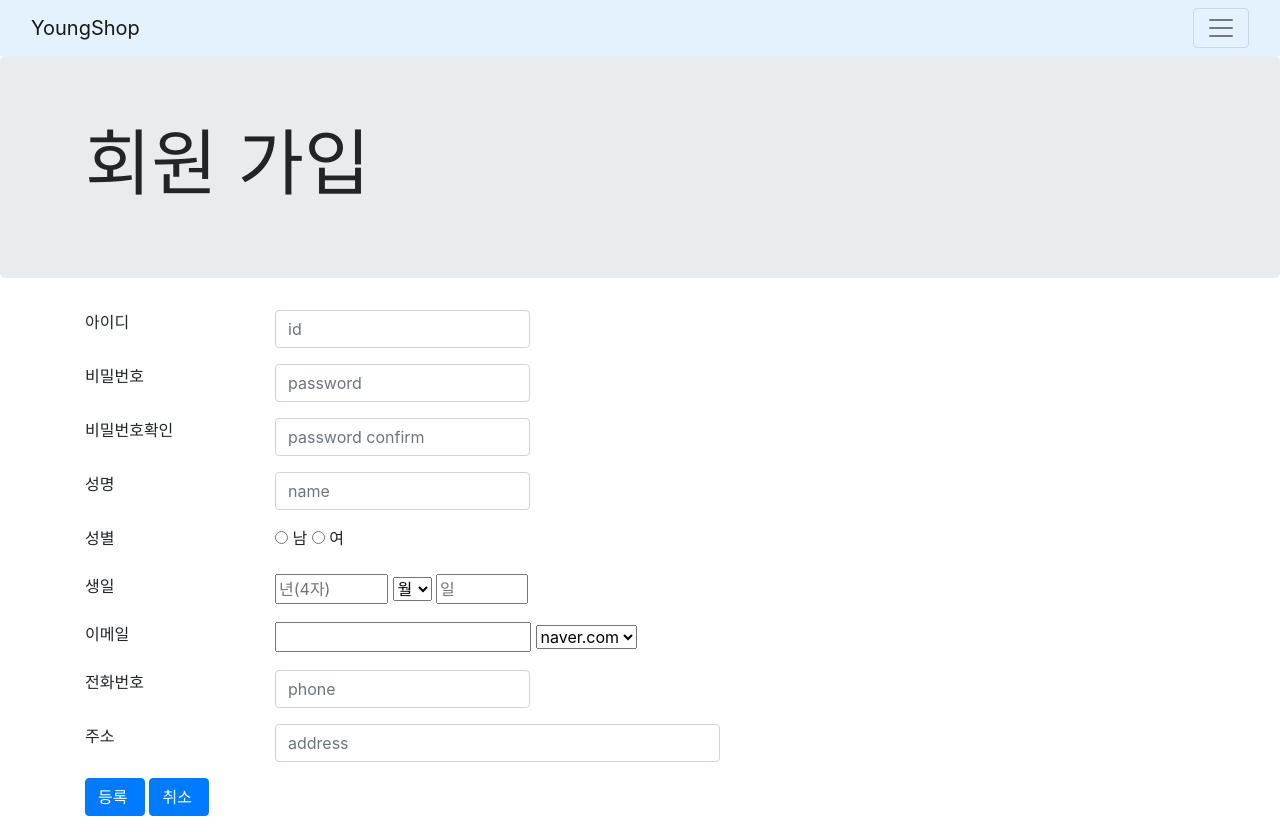
Repository: khss4008/JSP_project
Page: http://localhost/Webshop2/member/joinMember.jsp
An editor plug-in stored every save of this project. The page is shown before and after the next save, followed by the edit.
The browser window is 1280 px wide. The pictures show the whole page.
The page is served by Tomcat 9. Other server files are loaded and not shown.

Above is the page before, as saved 2021-11-04 04:10:11.
Console error: TypeError: Cannot read properties of undefined (reading 'fn')

### Webshop2/WebContent/member/joinMember.jsp
<%@ page contentType="text/html; charset=utf-8"%>
<html>
<head>

<title>회원 가입</title>
</head>
<body>
   <jsp:include page="/header.jsp" />
   <div class="jumbotron">
      <div class="container">
         <h1 class="display-3">회원 가입</h1>
      </div>
   </div>

   <div class="container">
      <form name="newMember" class="form-horizontal"  action="processAddMember.jsp" method="post" onsubmit="return checkForm()">
         <div class="form-group  row">
            <label class="col-sm-2 ">아이디</label>
            <div class="col-sm-3">
               <input name="id" type="text" class="form-control" placeholder="id" >
            </div>
         </div>
         <div class="form-group  row">
            <label class="col-sm-2">비밀번호</label>
            <div class="col-sm-3">
               <input name="password" type="text" class="form-control" placeholder="password" >
            </div>
         </div>
         <div class="form-group  row">
            <label class="col-sm-2">비밀번호확인</label>
            <div class="col-sm-3">
               <input name="password_confirm" type="text" class="form-control" placeholder="password confirm" >
            </div>
         </div>
         <div class="form-group  row">
            <label class="col-sm-2">성명</label>
            <div class="col-sm-3">
               <input name="name" type="text" class="form-control" placeholder="name" >
            </div>
         </div>
         <div class="form-group  row">
            <label class="col-sm-2">성별</label>
            <div class="col-sm-10">
               <input name="gender" type="radio" value="남" /> 남
               <input name="gender" type="radio" value="여" /> 여
            </div>
         </div>
         <div class="form-group row">
            <label class="col-sm-2">생일</label>
            <div class="col-sm-4  ">
               <input type="text" name="birthyy" maxlength="4" placeholder="년(4자)" size="6">
               <select name="birthmm">
                  <option value="">월</option>
                  <option value="01">1</option>
                  <option value="02">2</option>
                  <option value="03">3</option>
                  <option value="04">4</option>
                  <option value="05">5</option>
                  <option value="06">6</option>
                  <option value="07">7</option>
                  <option value="08">8</option>
                  <option value="09">9</option>
                  <option value="10">10</option>
                  <option value="11">11</option>
                  <option value="12">12</option>
               </select> <input type="text" name="birthdd" maxlength="2" placeholder="일" size="4">
            </div>
         </div>
         <div class="form-group  row ">
            <label class="col-sm-2">이메일</label>
            <div class="col-sm-10">
               <input type="text" name="mail" maxlength="50">
               <select name="mail2">
                  <option>naver.com</option>
                  <option>daum.net</option>
                  <option>gmail.com</option>
                  <option>nate.com</option>
               </select>
            </div>
         </div>
         <div class="form-group  row">
            <label class="col-sm-2">전화번호</label>
            <div class="col-sm-3">
               <input name="phone" type="text" class="form-control" placeholder="phone" >

            </div>
         </div>
         <div class="form-group  row">
            <label class="col-sm-2 ">주소</label>
            <div class="col-sm-5">
               <input name="address" type="text" class="form-control" placeholder="address">

            </div>
         </div>
         <div class="form-group  row">
            <div class="col-sm-offset-2 col-sm-10 ">
               <input type="submit" class="btn btn-primary " value="등록 " >
               <input type="reset" class="btn btn-primary " value="취소 " onclick="reset()" >
            </div>
         </div>
      </form>
   </div>
</body>
</html>

### Webshop2/WebContent/header.jsp
<%@ page language="java" contentType="text/html; charset=UTF-8"
    pageEncoding="UTF-8"%>

<link rel="stylesheet" href="https://stackpath.bootstrapcdn.com/bootstrap/4.3.1/css/bootstrap.min.css" integrity="sha384-ggOyR0iXCbMQv3Xipma34MD+dH/1fQ784/j6cY/iJTQUOhcWr7x9JvoRxT2MZw1T" crossorigin="anonymous">
<script src="https://stackpath.bootstrapcdn.com/bootstrap/4.3.1/js/bootstrap.min.js" integrity="sha384-JjSmVgyd0p3pXB1rRibZUAYoIIy6OrQ6VrjIEaFf/nJGzIxFDsf4x0xIM+B07jRM" crossorigin="anonymous"></script>


<nav class="navbar navbar-light" style="background-color: #e3f2fd;">
  <div class="container-fluid">
    <a class="navbar-brand" href="/">YoungShop</a>
    <button class="navbar-toggler" type="button" data-bs-toggle="collapse" data-bs-target="#navbarNavDropdown" aria-controls="navbarNavDropdown" aria-expanded="false" aria-label="Toggle navigation">
      <span class="navbar-toggler-icon"></span>
    </button>
    <div class="collapse navbar-collapse" id="navbarNavDropdown">
      <ul class="navbar-nav">
        <li class="nav-item dropdown">
          <a class="nav-link dropdown-toggle" href="#" id="navbarDropdownMenuLink" role="button" data-bs-toggle="dropdown" aria-expanded="false">
            	게시판
          </a>
          <ul class="dropdown-menu" aria-labelledby="navbarDropdownMenuLink">
            <li><a class="dropdown-item" href="/product/products.jsp">제품목록</a></li>
            <li><a class="dropdown-item" href="#">장바구니</a></li>
          </ul>
        </li>

        <li class="nav-item dropdown">
          <a class="nav-link dropdown-toggle" href="#" id="navbarDropdownMenuLink" role="button" data-bs-toggle="dropdown" aria-expanded="false">
            	회원관리
          </a>
          <ul class="dropdown-menu" aria-labelledby="navbarDropdownMenuLink">
            <li><a class="dropdown-item" href="/member/loginMember.jsp">로그인</a></li>
            <li><a class="dropdown-item" href="#">로그아웃</a></li>
            <li><a class="dropdown-item" href="#">회원가입</a></li>
            <li><a class="dropdown-item" href="#">회원탈퇴</a></li>
          </ul>
        </li>

      </ul>
    </div>
  </div>
</nav>

<script src="https://cdn.jsdelivr.net/npm/bootstrap@5.1.3/dist/js/bootstrap.bundle.min.js" integrity="sha384-ka7Sk0Gln4gmtz2MlQnikT1wXgYsOg+OMhuP+IlRH9sENBO0LRn5q+8nbTov4+1p" crossorigin="anonymous"></script>

After the next save:
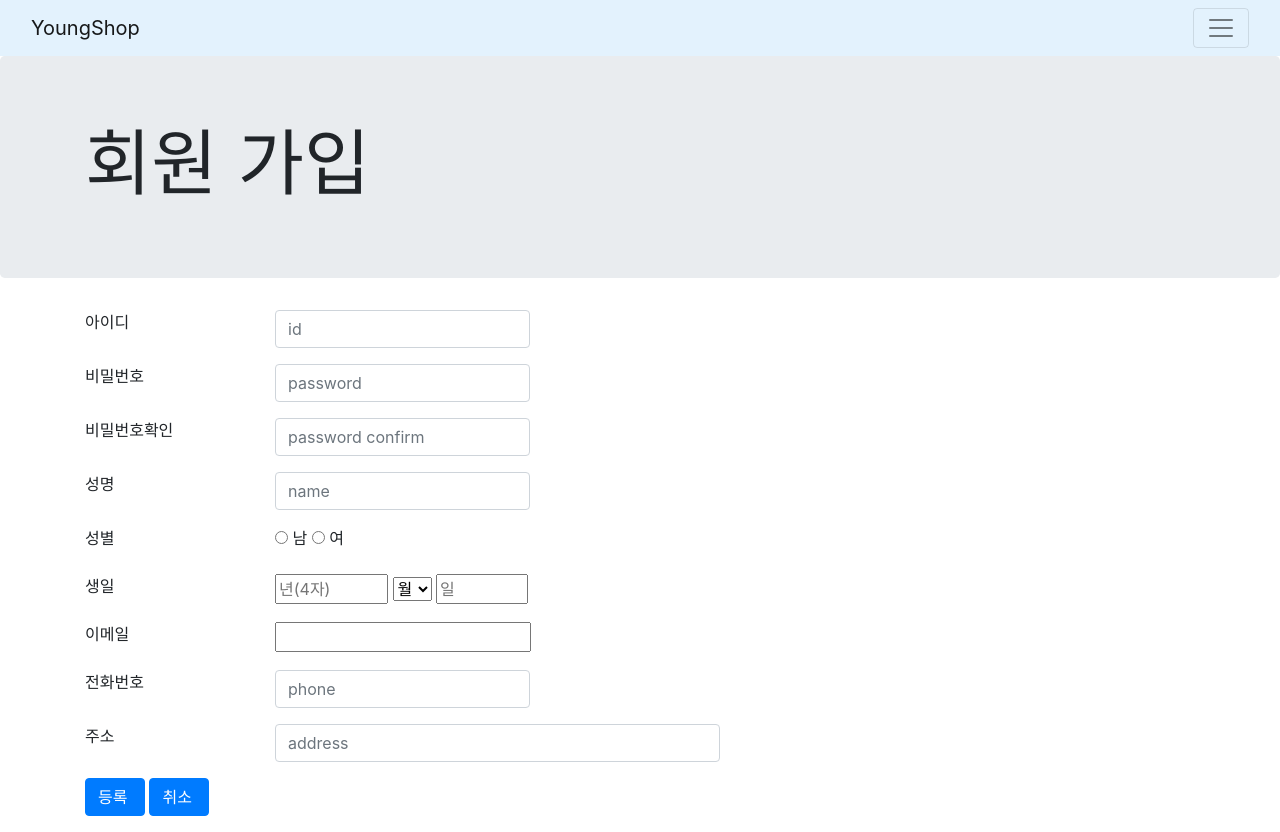
Saved 15 s later.
--- a/Webshop2/WebContent/member/joinMember.jsp
+++ b/Webshop2/WebContent/member/joinMember.jsp
@@ -70,12 +70,6 @@
             <label class="col-sm-2">이메일</label>
             <div class="col-sm-10">
                <input type="text" name="mail" maxlength="50">
-               <select name="mail2">
-                  <option>naver.com</option>
-                  <option>daum.net</option>
-                  <option>gmail.com</option>
-                  <option>nate.com</option>
-               </select>
             </div>
          </div>
          <div class="form-group  row">
